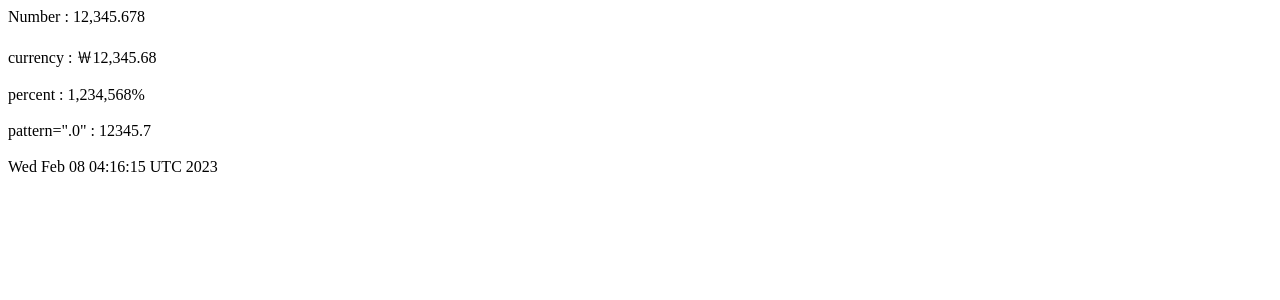
Repository: fatesky25/JSPprogram
Page: http://localhost/ServletProject/jstl/fmtEx03.jsp
An editor plug-in stored every save of this project. The page is shown before and after the next save, followed by the edit.
The browser window is 1280 px wide. The pictures show the whole page.
The page is served by Tomcat 9. Nobody is signed in. The application's start-up code is not run.

Above is the page before, as saved 2023-02-17 01:41:10.

After the next save:
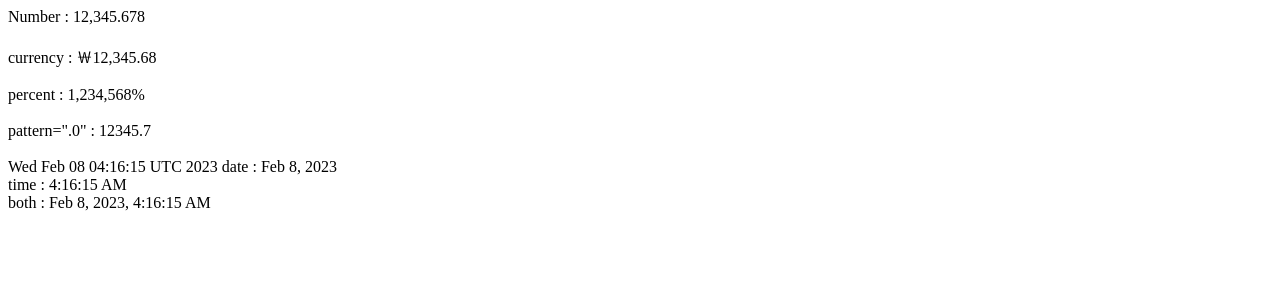
Saved 3 min 57 s later.
--- a/ServletProject/src/main/webapp/jstl/fmtEx03.jsp
+++ b/ServletProject/src/main/webapp/jstl/fmtEx03.jsp
@@ -24,9 +24,12 @@ percent :
 pattern=".0" :
 <fmt:formatNumber value="12345.678" pattern=".0" /><br><br>
 
-<c:set var="now" value="<%= new java.util.Date() %>" />
+<c:set var="now" value="<%=new java.util.Date() %>" />
 <c:out value="${now }"></c:out>
 
+date : <fmt:formatDate value="${now }" type="date" /><br>
+time : <fmt:formatDate value="${now }" type="time" /><br>
+both : <fmt:formatDate value="${now }" type="both" /><br>
 
 
 
